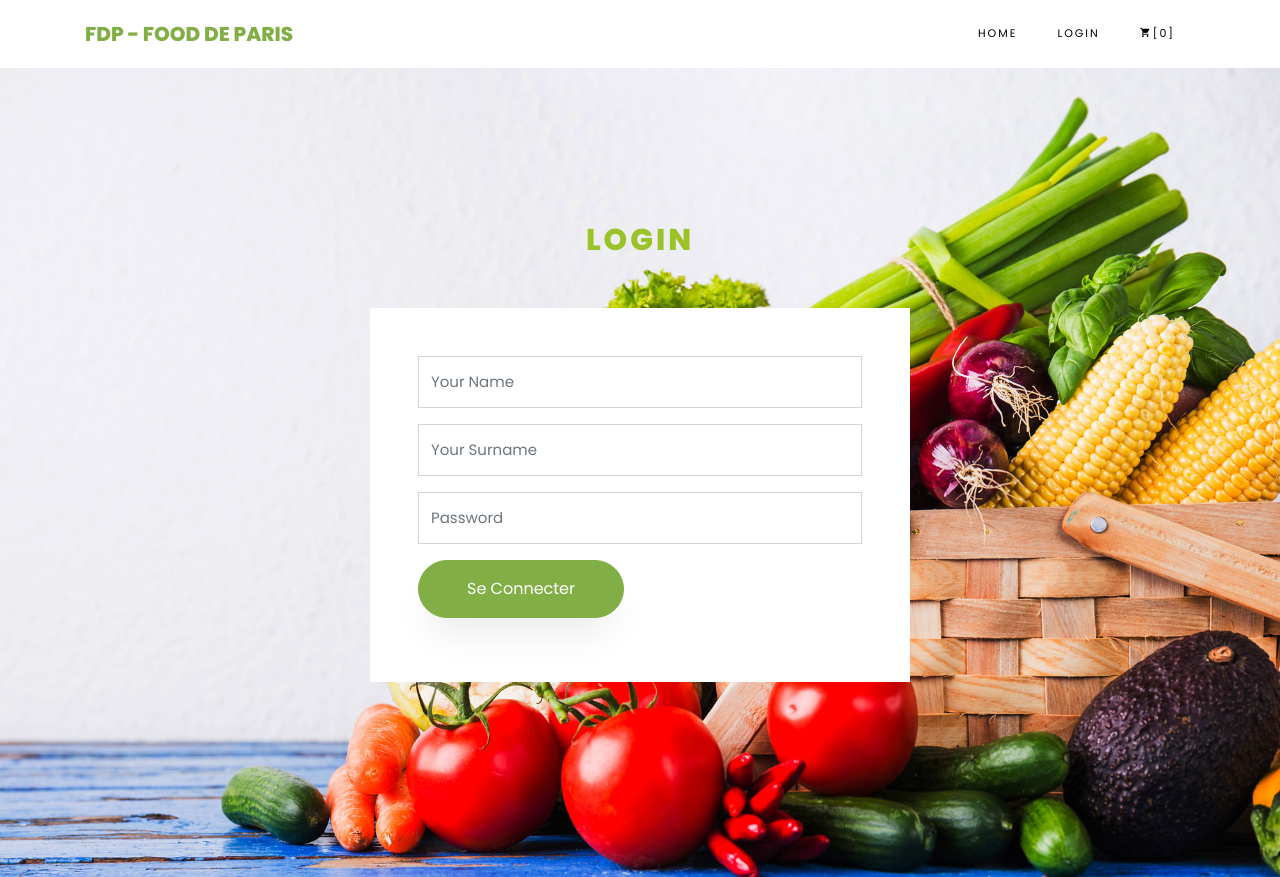
Repository: MacCampers/java-stuff
Page: workspaceJSP/projetRestaurant/WebContent/login.html
These files come from the project's save history. The page is drawn as it stood at one moment and after the next save; the edit follows.
The browser window is 1280 px wide. The pictures show the whole page.
Some web fonts or font styles are not loaded; a fallback is used.

Above is the page before, as saved 2020-02-07 14:18:02.

After the next save:
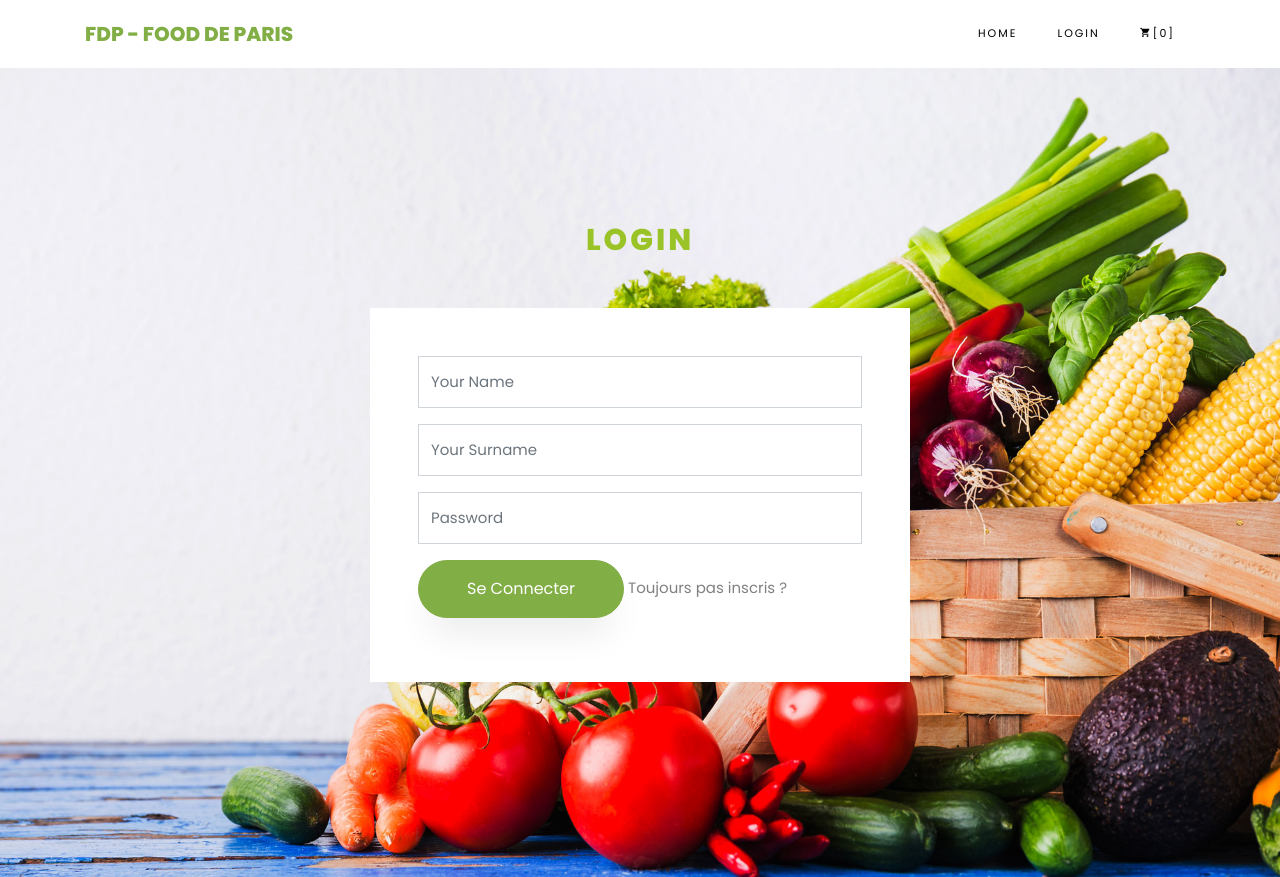
Saved 2 min 1 s later.
--- a/workspaceJSP/projetRestaurant/WebContent/login.html
+++ b/workspaceJSP/projetRestaurant/WebContent/login.html
@@ -88,6 +88,7 @@
 						<div class="form-group">
 							<input type="submit" value="Se Connecter"
 								class="btn btn-primary py-3 px-5">
+								<a>Toujours pas inscris ?</a>
 						</div>
 					</form>
 
